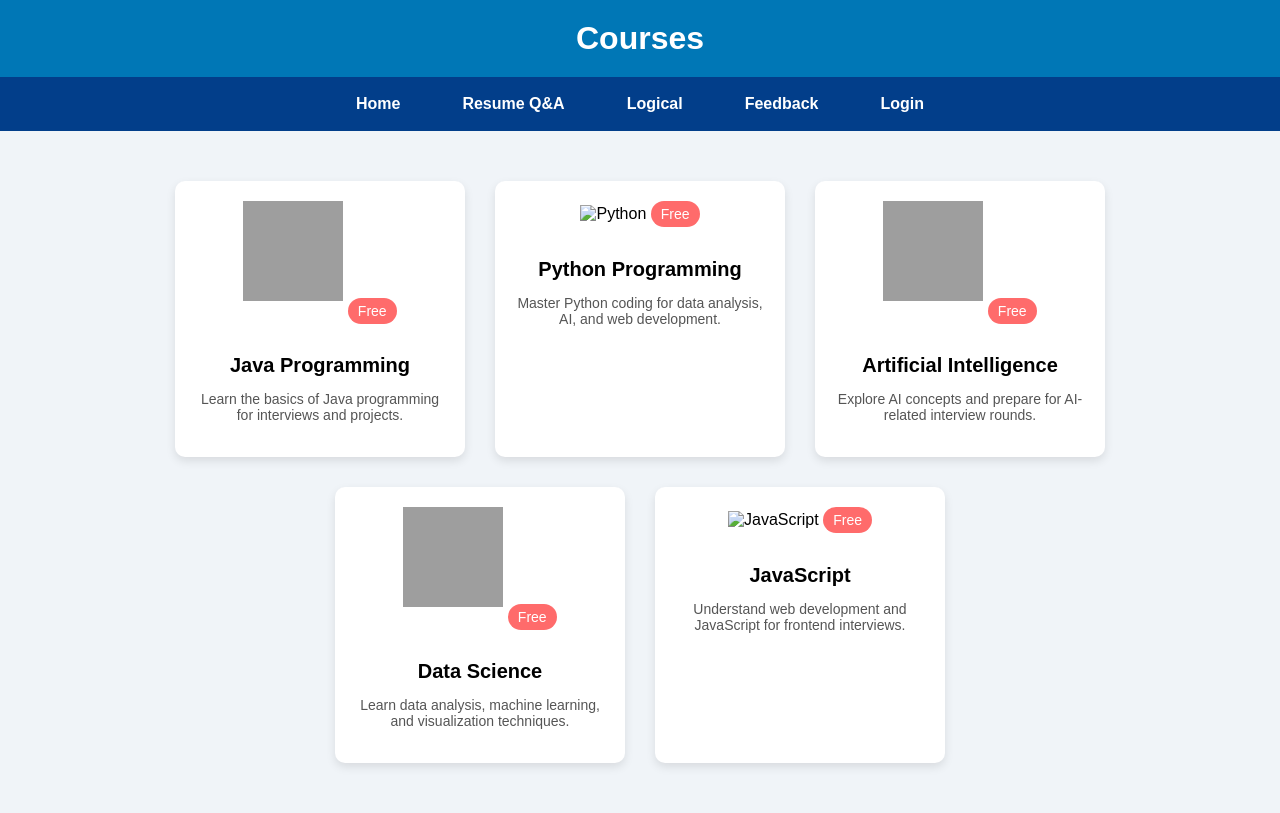
Repository: Mathin04/Online-Interview-Platform-
Page: urls/courses.html
An editor plug-in stored every save of this project. The page is shown before and after the next save, followed by the edit.
The browser window is 1280 px wide. The pictures show the whole page.
Pictures or frames that could not be fetched are drawn as grey boxes.

Above is the page before, as saved 2025-10-08 13:23:55.
Not found: images/javascript.png
Not found: images/python.png

After the next save:
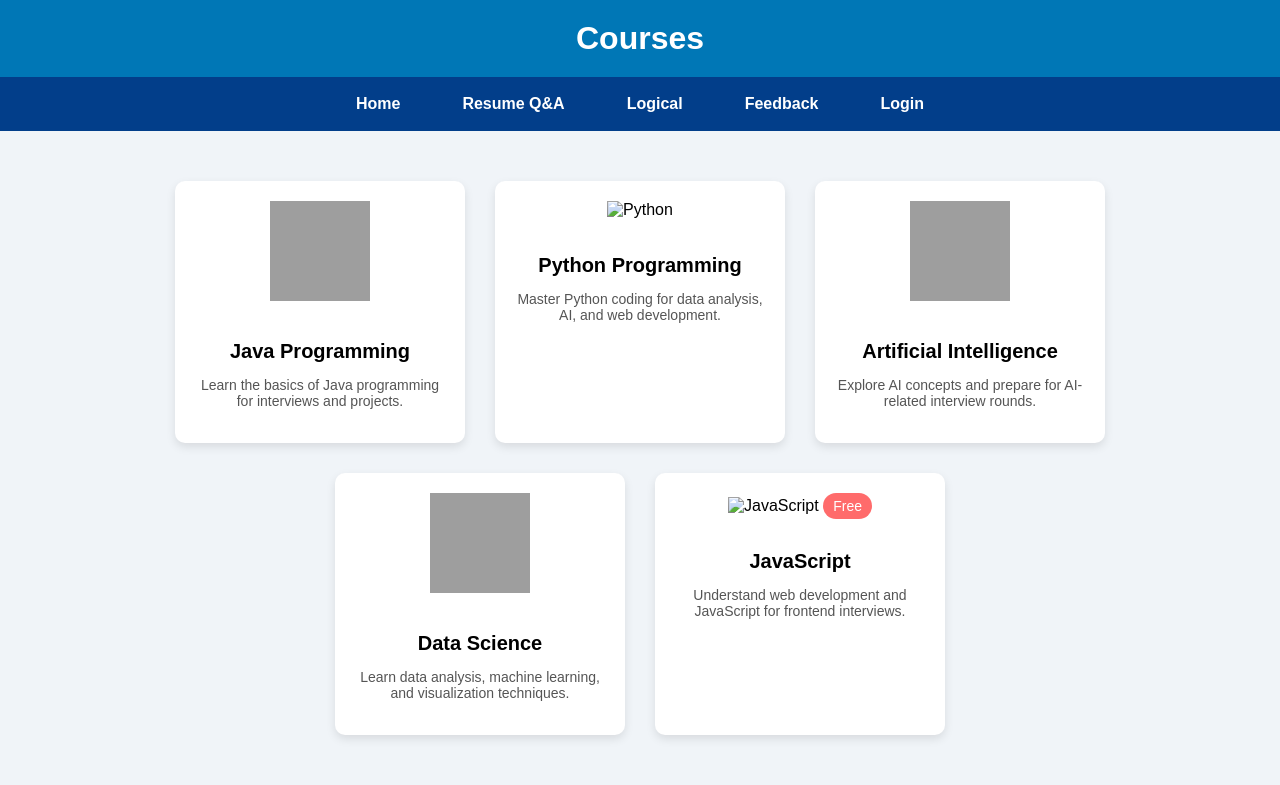
Saved 74 s later.
--- a/urls/courses.html
+++ b/urls/courses.html
@@ -115,28 +115,27 @@
 <div class="courses-container">
   <div class="course-card">
     <img src="C:\Users\Shalima\OneDrive\Desktop\M-Terview\images\java.jpg" alt="Java">
-    <div class="free-tag">Free</div>
     <h3>Java Programming</h3>
     <p>Learn the basics of Java programming for interviews and projects.</p>
   </div>
 
   <div class="course-card">
     <img src="../images/python.png" alt="Python">
-    <div class="free-tag">Free</div>
+
     <h3>Python Programming</h3>
     <p>Master Python coding for data analysis, AI, and web development.</p>
   </div>
 
   <div class="course-card">
     <img src="../images/ai.png" alt="AI">
-    <div class="free-tag">Free</div>
+
     <h3>Artificial Intelligence</h3>
     <p>Explore AI concepts and prepare for AI-related interview rounds.</p>
   </div>
 
   <div class="course-card">
     <img src="../images/data-science.png" alt="Data Science">
-    <div class="free-tag">Free</div>
+
     <h3>Data Science</h3>
     <p>Learn data analysis, machine learning, and visualization techniques.</p>
   </div>
